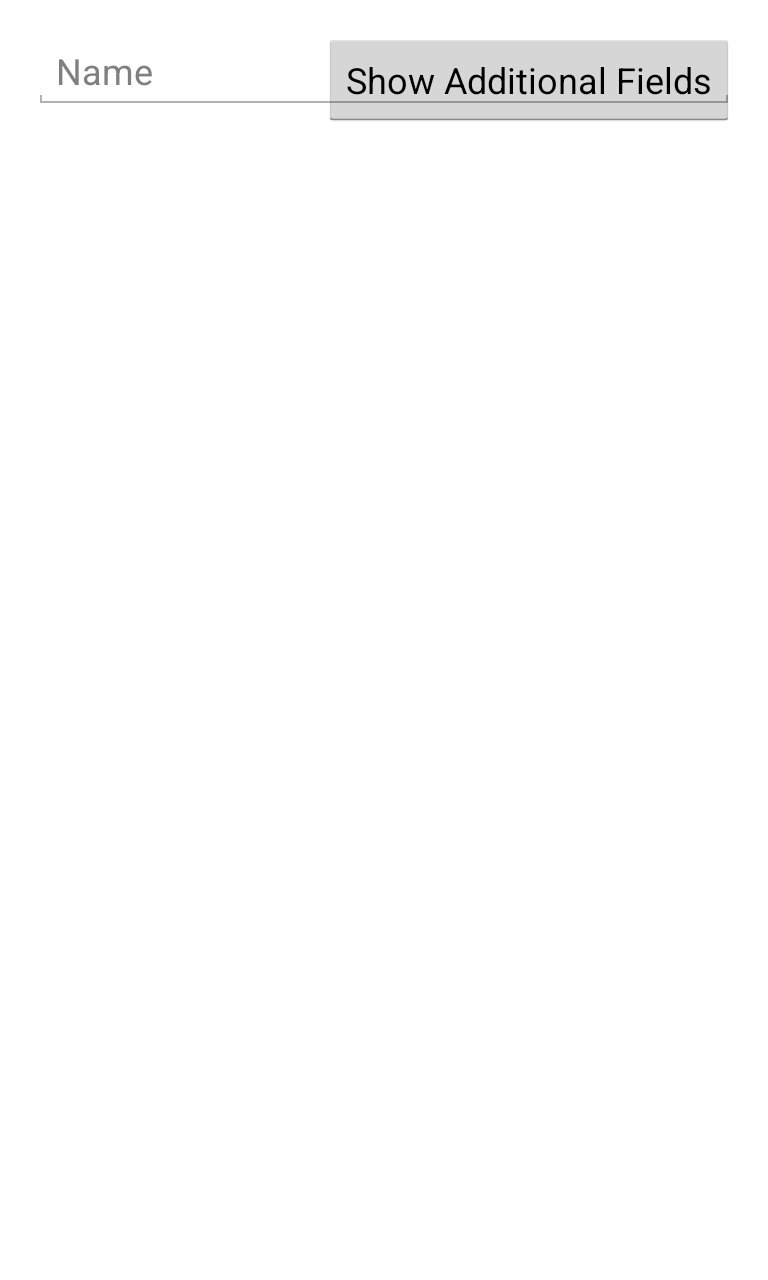
Repository: andreeastoican/Laborator04
Layout: ContactsManager/res/layout/activity_contacts_manager.xml
An editor plug-in stored every save of this project. The layout is shown before and after the next save, followed by the edit.
It is drawn on a 768 x 1280 px phone screen (xhdpi) without system bars, with theme AppTheme; the app's code is not run. The app's manifest (not shown) leaves right-to-left support off. So textAlignment, textDirection and layoutDirection are ignored, and left and right values win over start and end ones.

Above is the layout before, as saved 2015-03-17 19:02:13.

### ContactsManager/res/layout/activity_contacts_manager.xml
<LinearLayout xmlns:android="http://schemas.android.com/apk/res/android"
    xmlns:tools="http://schemas.android.com/tools"
    android:layout_width="match_parent"
    android:layout_height="match_parent"
    android:paddingBottom="@dimen/activity_vertical_margin"
    android:paddingLeft="@dimen/activity_horizontal_margin"
    android:paddingRight="@dimen/activity_horizontal_margin"
    android:paddingTop="@dimen/activity_vertical_margin"
    android:orientation="vertical"
    tools:context="ro.pub.cs.systems.pdsd.lab04.contactsmanager.ContactsManagerActivity" >

    <FrameLayout
	   android:layout_width="fill_parent"
	   android:layout_height="wrap_content">
	   <Button
	       android:id="@+id/id_additional_filed"
	       android:text="Show Additional Fields"
	       android:layout_height="wrap_content"
	       android:layout_width="wrap_content"
	       android:layout_gravity="right"/>
	   <EditText
	       android:id="@+id/id_name"
	       android:layout_width="fill_parent"
	       android:layout_height="wrap_content"
	       android:hint="Name"/>

	</FrameLayout>

    <FrameLayout
	   android:layout_width="fill_parent"
	   android:layout_height="wrap_content">


	</FrameLayout>

</LinearLayout>

Loaded but not shown: ContactsManager/res/values/styles.xml (common file); ContactsManager/res/values-v11/styles.xml (common file); ContactsManager/res/values-v14/styles.xml (common file); ContactsManager/res/values/dimens.xml (common file); ContactsManager/res/values-w820dp/dimens.xml (common file)

After the next save:
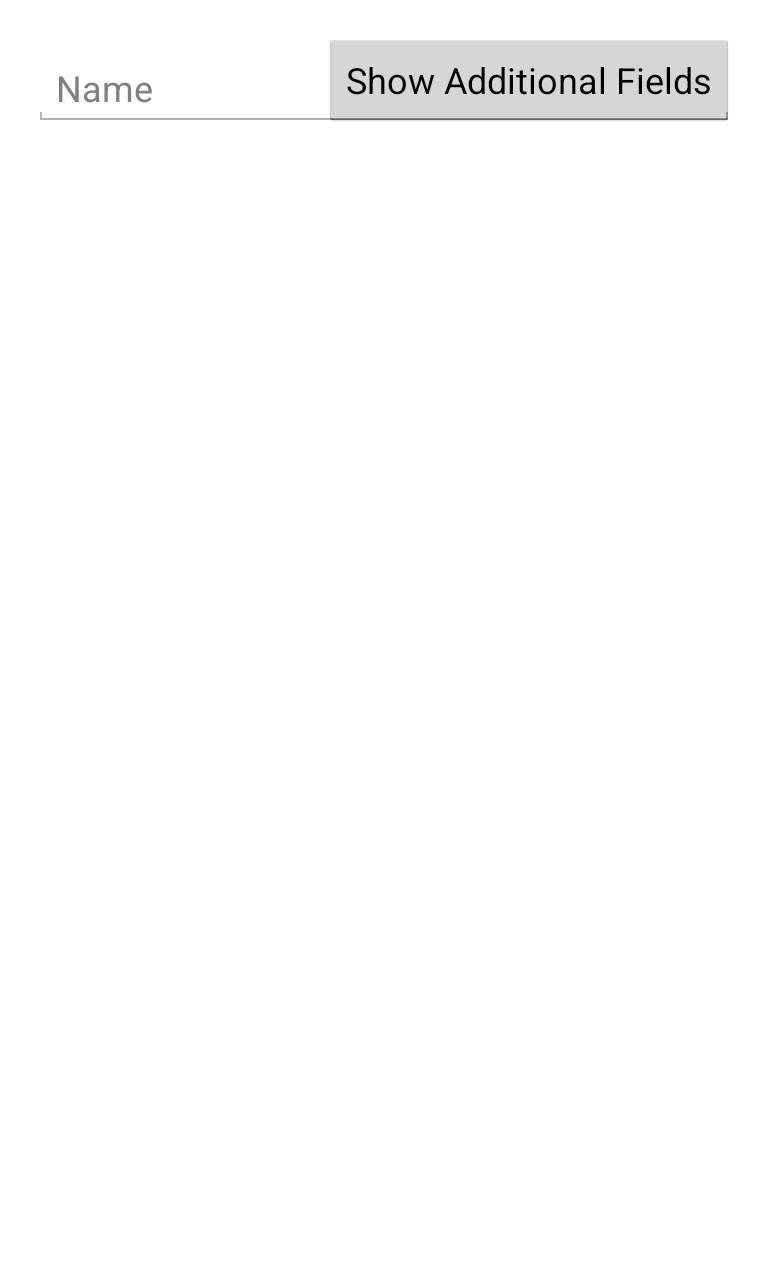
Saved 24 s later.
--- a/ContactsManager/res/layout/activity_contacts_manager.xml
+++ b/ContactsManager/res/layout/activity_contacts_manager.xml
@@ -22,7 +22,8 @@
 	       android:id="@+id/id_name"
 	       android:layout_width="fill_parent"
 	       android:layout_height="wrap_content"
-	       android:hint="Name"/>
+	       android:hint="Name"
+	       android:layout_gravity="bottom"/>
 
 	</FrameLayout>
 

After the save that followed:
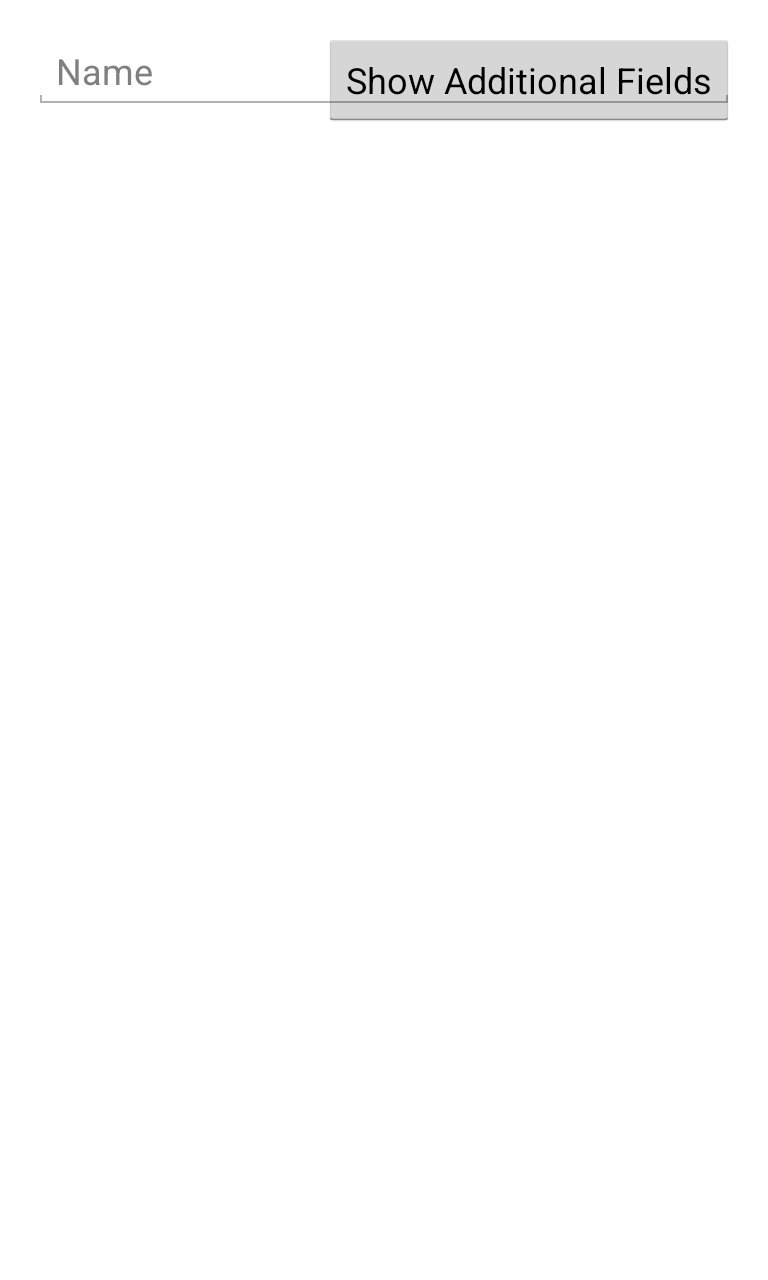
Saved 2 min 46 s later.
--- a/ContactsManager/res/layout/activity_contacts_manager.xml
+++ b/ContactsManager/res/layout/activity_contacts_manager.xml
@@ -17,13 +17,14 @@
 	       android:text="Show Additional Fields"
 	       android:layout_height="wrap_content"
 	       android:layout_width="wrap_content"
-	       android:layout_gravity="right"/>
+	       android:layout_gravity="right"
+	       android:layoutDirection="ltr"/>
 	   <EditText
 	       android:id="@+id/id_name"
 	       android:layout_width="fill_parent"
 	       android:layout_height="wrap_content"
 	       android:hint="Name"
-	       android:layout_gravity="bottom"/>
+	       android:layout_gravity=""/>
 
 	</FrameLayout>
 
